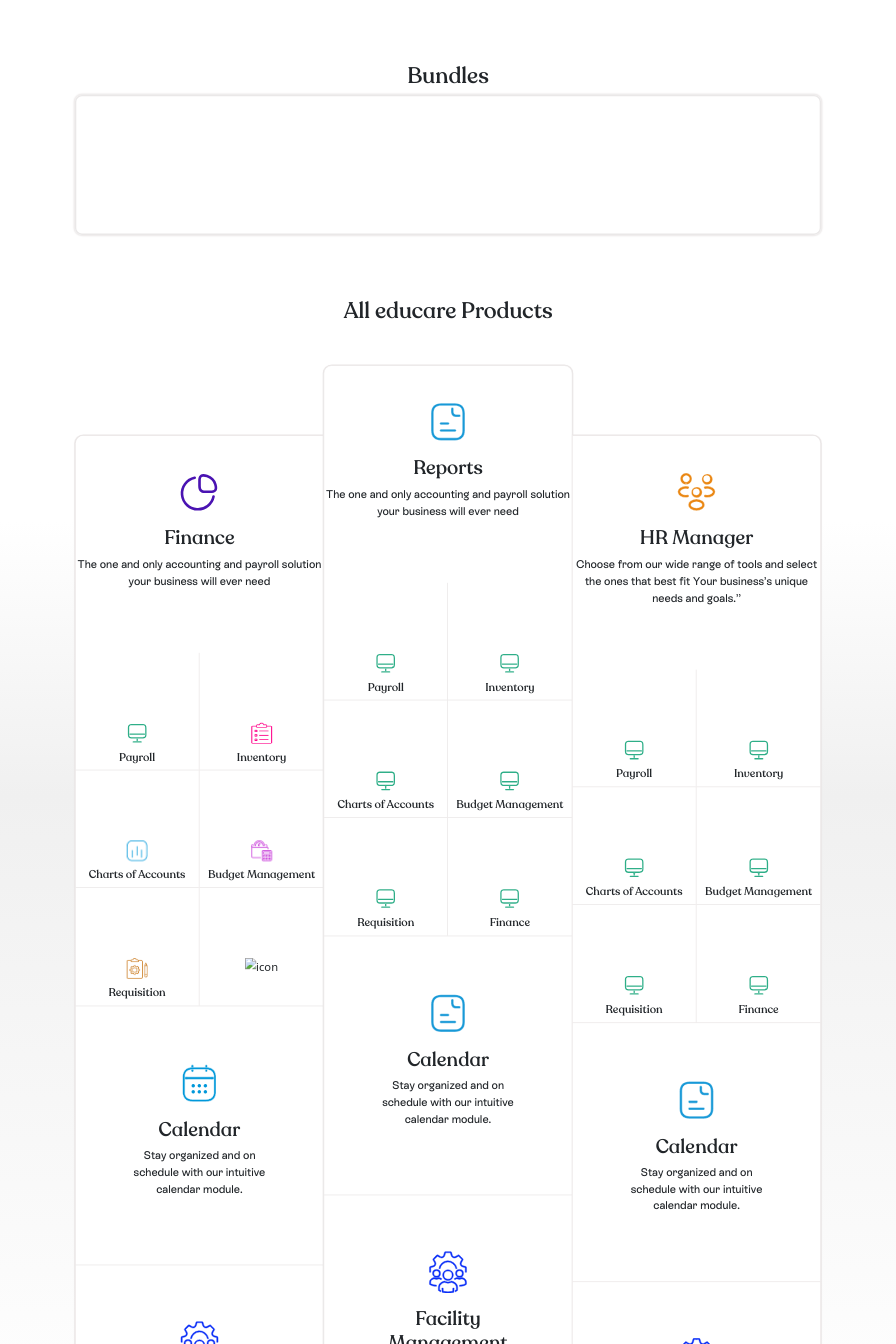
Repository: sarahnnanyelugo/educare-web
Page: /
An editor plug-in stored every save of this project. The page is shown before and after the next save, followed by the edit.
The browser window is 1280 px wide. The pictures show the part of the page from y = 2512 to 4432 px (the page is 7665 px tall), at 70% of full size.
The project was rebuilt for these pictures with package versions that can differ from the ones it lists, and the page was loaded fresh each time.

Above is the page before, as saved 2023-04-07 01:29:48.

After the next save:
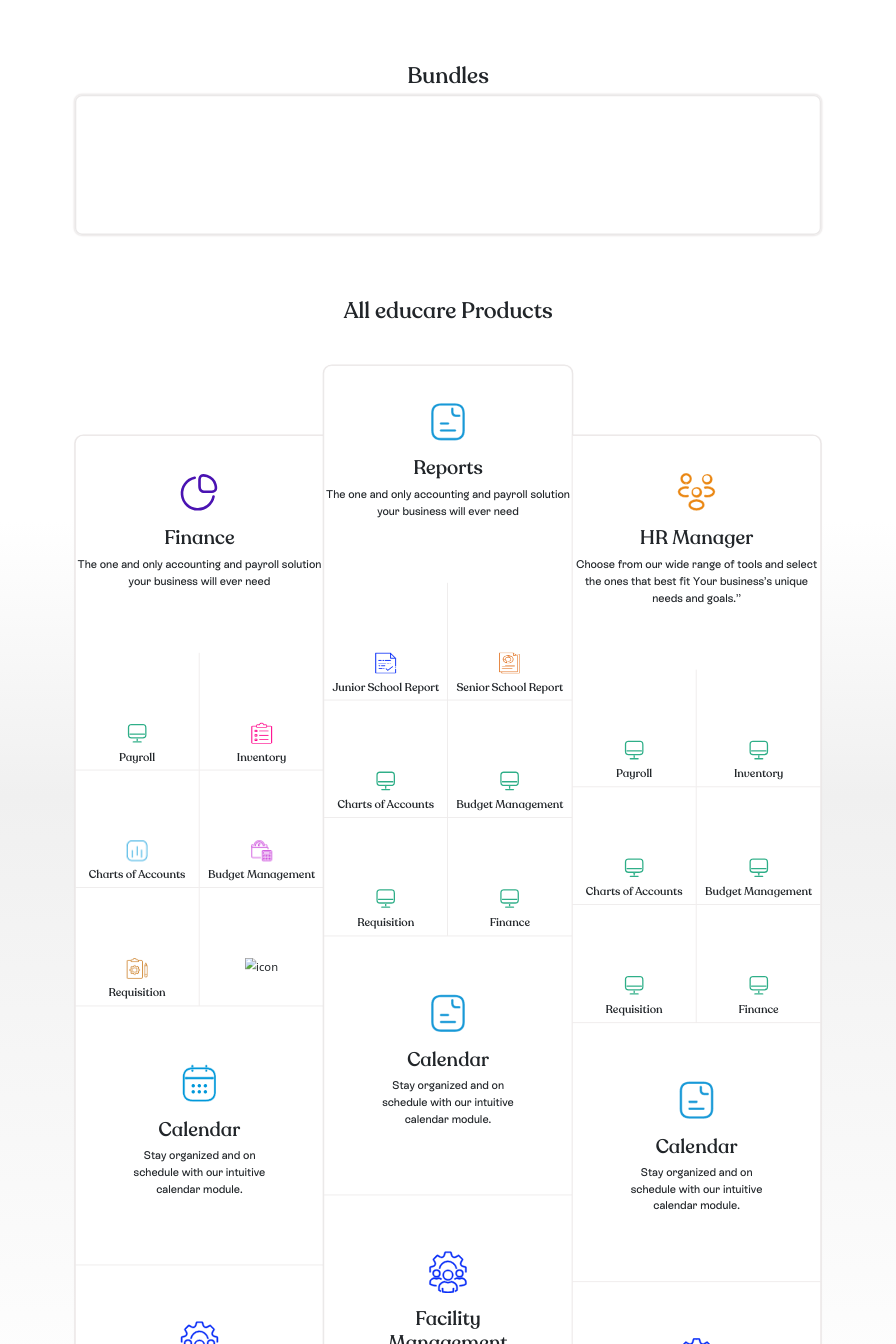
Saved 89 s later.
--- a/src/pages/Home/Home.tsx
+++ b/src/pages/Home/Home.tsx
@@ -358,8 +358,8 @@ export const Home = () => {
                 <div className="col-md-12 bb other-components">
                   {" "}
                   <OtherEducareProducts
-                    productIcon={Screen}
-                    productName="Payroll"
+                    productIcon={Junior}
+                    productName="Junior School Report"
                   />{" "}
                 </div>
                 <div className="col-md-12 bb other-components">
@@ -381,8 +381,8 @@ export const Home = () => {
                 <div className="col-md-12 bb other-components">
                   {" "}
                   <OtherEducareProducts
-                    productIcon={Screen}
-                    productName="Inventory"
+                    productIcon={Senior}
+                    productName="Senior School Report"
                   />{" "}
                 </div>
                 <div className="col-md-12 bb other-components">
